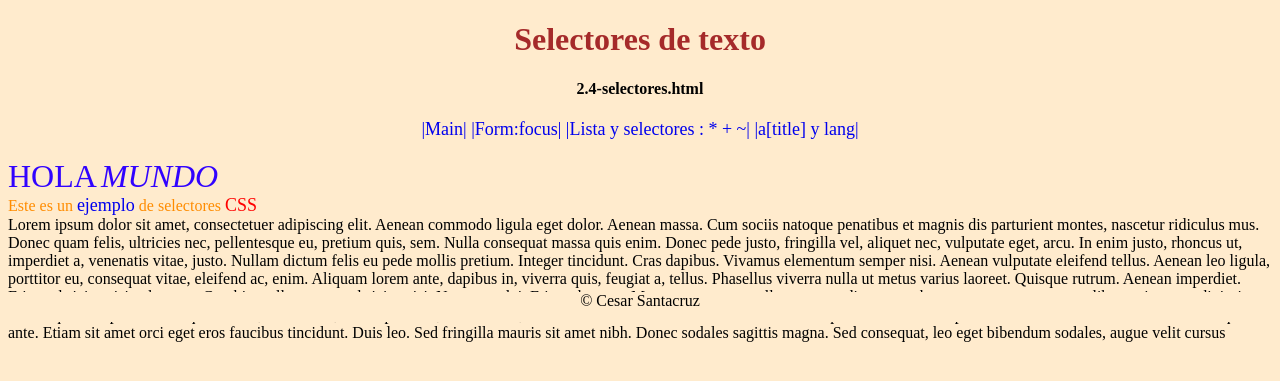
Repository: cesarsant0203/My_Study
Page: Introducción al desarrollo web/2-Css/2.4-selectores_css.html
The author's editor kept a copy of each file at every save. The page is drawn from the files as they stood at one save, then again after the next save.
The browser window is 1280 px wide. The pictures show the whole page.

Above is the page before, as saved 2020-04-28 19:46:31.

After the next save:
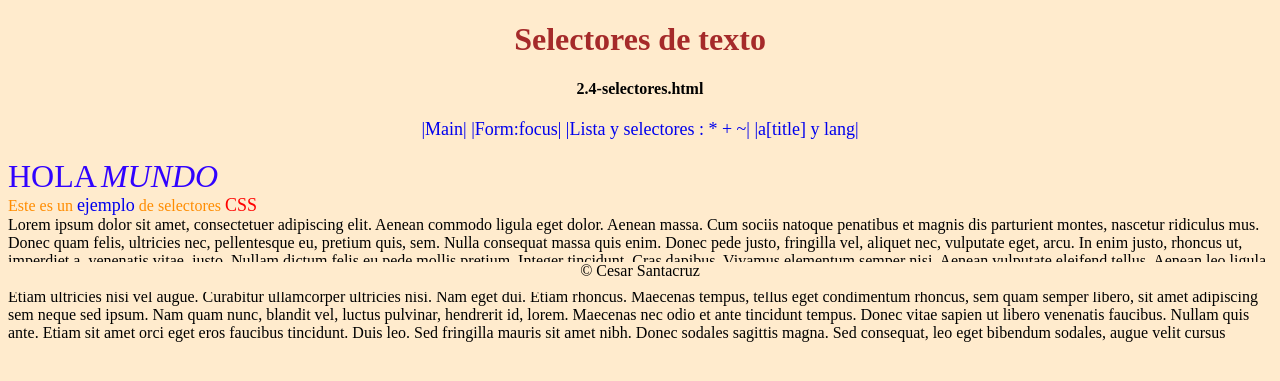
Saved 8 s later.
--- a/Introducción al desarrollo web/2-Css/2.4-selectores_css.css
+++ b/Introducción al desarrollo web/2-Css/2.4-selectores_css.css
@@ -78,7 +78,7 @@ span#mundo {
 }
 footer {
     position: relative;
-    margin-top: -50px;
+    margin-top: -80px;
     text-align: center;
     height: 30px;
 
